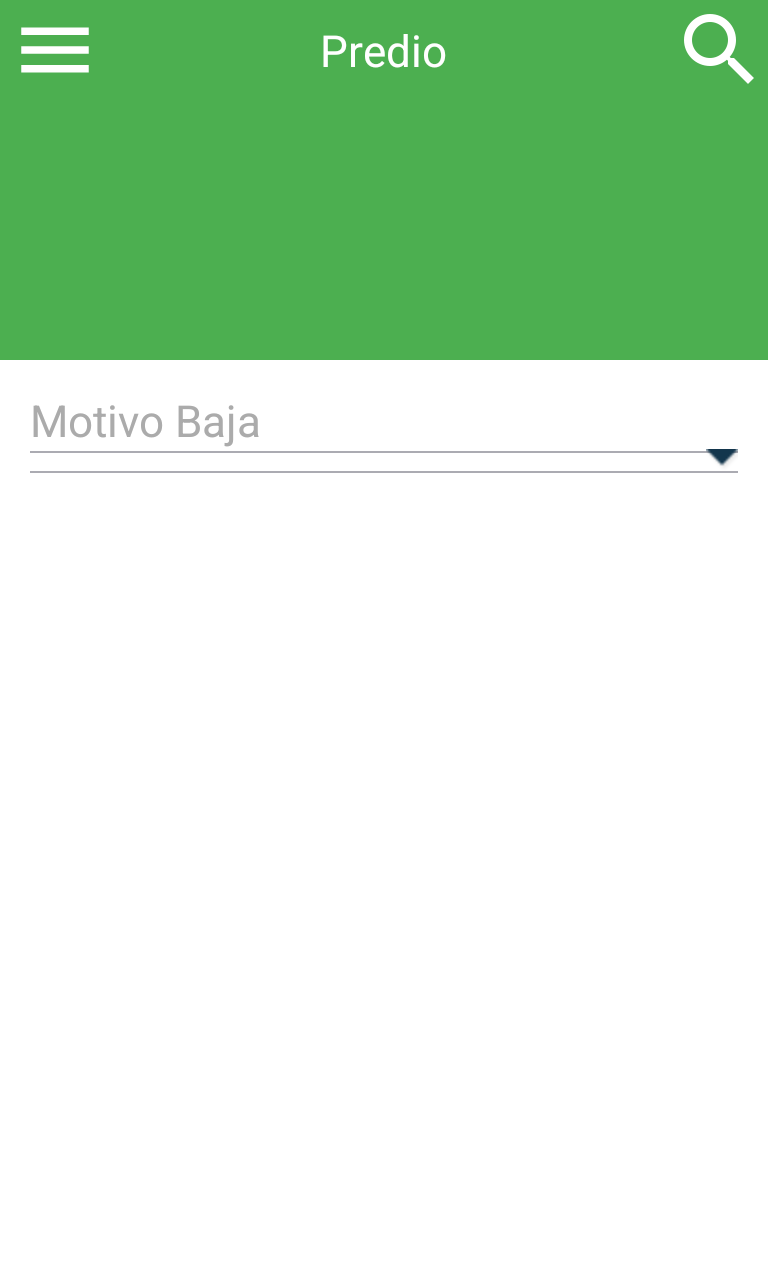
Repository: danielctf/Chilterra
Layout: Proyectos/Animales/res/layout/activity_baja_ganado.xml
These files come from the project's save history. The layout is drawn as it stood at one moment and after the next save; the edit follows.
It is drawn on a 768 x 1280 px phone screen (xhdpi) without system bars, with theme AppTheme; the app's code is not run.

Above is the layout before, as saved 2015-10-09 16:36:53.

After the next save:
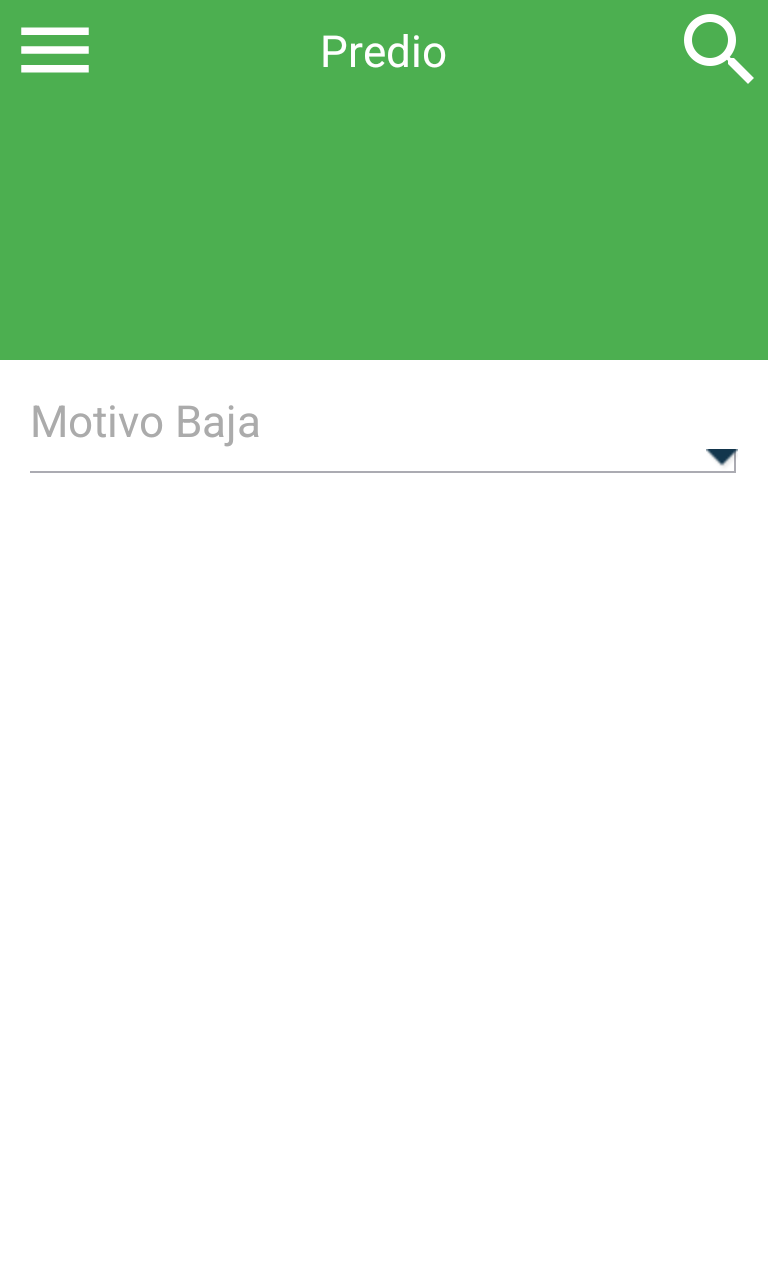
Saved 8 s later.
--- a/Proyectos/Animales/res/drawable/shape_drop_down_normal.xml
+++ b/Proyectos/Animales/res/drawable/shape_drop_down_normal.xml
@@ -2,7 +2,7 @@
 <layer-list xmlns:android="http://schemas.android.com/apk/res/android" >
 
 
-    <item android:top="1dp" android:right="-2dp" android:left="-2dp">
+    <item android:top="-2dp" android:right="1dp" android:left="-2dp">
         <shape>
             <solid android:color="@android:color/transparent" />
             <stroke
